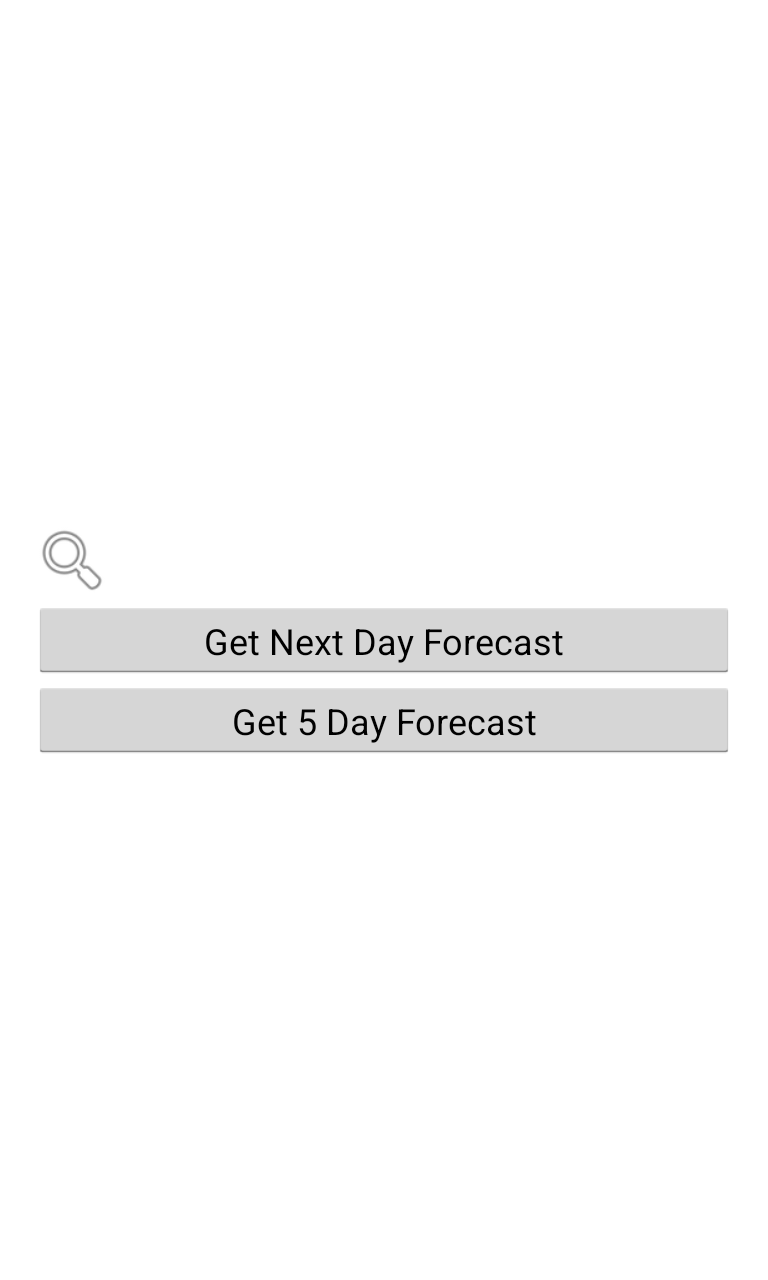
Repository: fsoDannis/J2_913
Layout: WeatherPull/res/layout/activity_main.xml
These files come from the project's save history. The layout is drawn as it stood at one moment and after the next save; the edit follows.
It is drawn on a 768 x 1280 px phone screen (xhdpi) without system bars, with theme AppTheme; the app's code is not run. Lists and similar views that code fills are empty.

Above is the layout before, as saved 2013-09-15 04:34:52.

### WeatherPull/res/layout/activity_main.xml
<LinearLayout xmlns:android="http://schemas.android.com/apk/res/android"
    xmlns:tools="http://schemas.android.com/tools"
    android:layout_width="match_parent"
    android:layout_height="match_parent"
    android:gravity="center_vertical"
    android:orientation="vertical"
    android:paddingBottom="@dimen/activity_vertical_margin"
    android:paddingLeft="@dimen/activity_horizontal_margin"
    android:paddingRight="@dimen/activity_horizontal_margin"
    android:paddingTop="@dimen/activity_vertical_margin"
    tools:context=".MainActivity" >

    <LinearLayout
        android:layout_width="match_parent"
        android:layout_height="wrap_content"
        android:gravity="center_vertical"
        android:orientation="horizontal"
        tools:ignore="UselessParent" >

        <EditText
            android:id="@+id/editTextZipCode"
            android:layout_width="0dp"
            android:layout_height="wrap_content"
            android:layout_weight="1"
            android:ems="10"
            android:hint="@string/prompt_zip_code"
            android:imeOptions="actionSearch"
            android:inputType="number" >

            <requestFocus />
        </EditText>

        <Button
            android:id="@+id/buttonSearch"
            android:layout_width="40dp"
            android:layout_height="40dp"
            android:background="@android:drawable/ic_menu_search"
            tools:ignore="ContentDescription" />


               <TextView
        android:id="@+id/resultTextView"
        android:layout_width="match_parent"
        android:layout_height="match_parent"
        android:layout_marginTop="5dp"
        android:autoLink="all"
        android:text="" />

    </LinearLayout>

            <Button
                android:id="@+id/oneday"
                android:layout_width="match_parent"
                android:layout_height="40dp"
                android:text="Get Next Day Forecast"
                tools:ignore="ContentDescription" />

            <Button
                android:id="@+id/fiveday"
                android:layout_width="match_parent"
                android:layout_height="40dp"
                android:text="Get 5 Day Forecast"
                tools:ignore="ContentDescription" />



	<LinearLayout
		android:layout_width="match_parent"
        android:layout_height="wrap_content"
        android:orientation="vertical">



        <ListView
            android:id="@+id/list"
            android:layout_width="match_parent"
            android:layout_height="match_parent"
            android:drawSelectorOnTop="false">
        </ListView>

</LinearLayout>

</LinearLayout>

### WeatherPull/res/values/strings.xml
<?xml version="1.0" encoding="utf-8"?>
<resources>

    <string name="app_name">WeatherPull</string>
    <string name="action_settings">Settings</string>
    <string name="hello_world">Hello world!</string>
    <string name="prompt_zip_code">Enter Zip Code to Search</string>

</resources>

Loaded but not shown: WeatherPull/res/values/styles.xml (common file); WeatherPull/res/values-v11/styles.xml (common file); WeatherPull/res/values-v14/styles.xml (common file); WeatherPull/res/values/dimens.xml (common file)

After the next save:
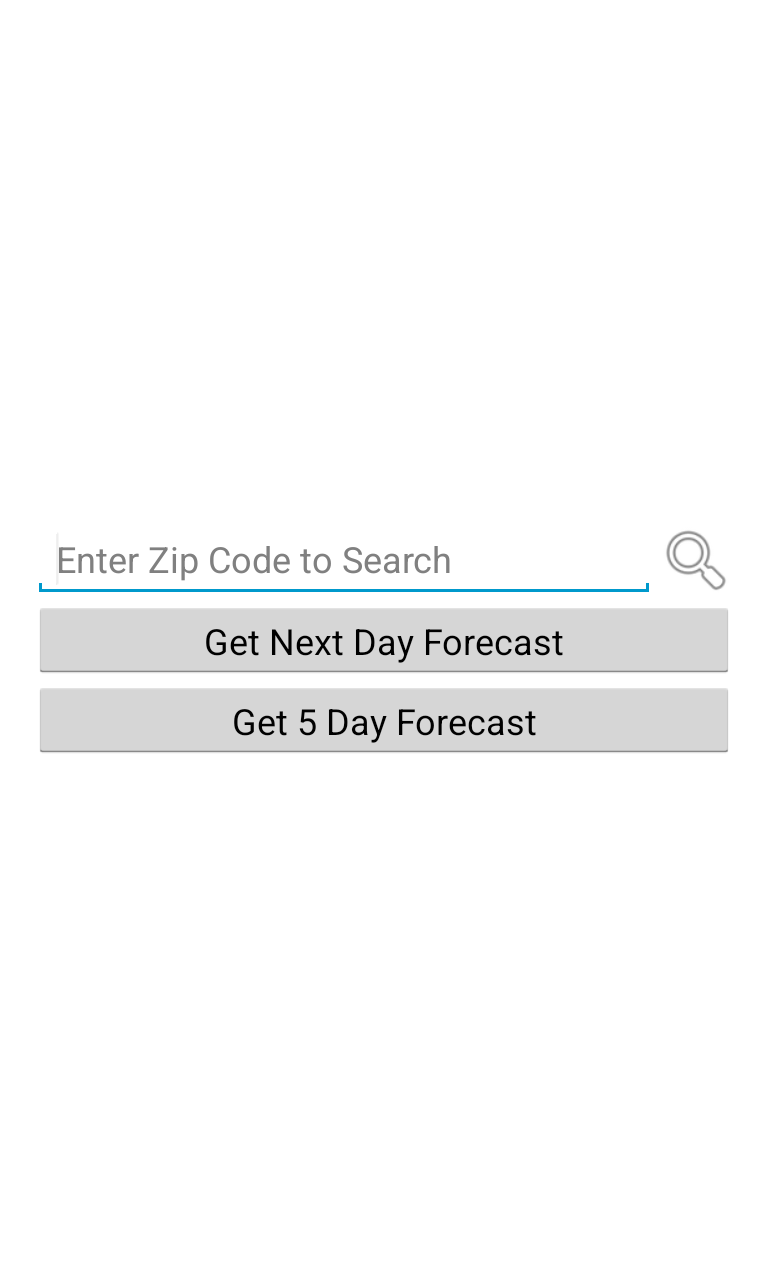
Saved 40 s later.
--- a/WeatherPull/res/layout/activity_main.xml
+++ b/WeatherPull/res/layout/activity_main.xml
@@ -38,13 +38,7 @@
             tools:ignore="ContentDescription" />
 
 
-               <TextView
-        android:id="@+id/resultTextView"
-        android:layout_width="match_parent"
-        android:layout_height="match_parent"
-        android:layout_marginTop="5dp"
-        android:autoLink="all"
-        android:text="" />
+
 
     </LinearLayout>
 
